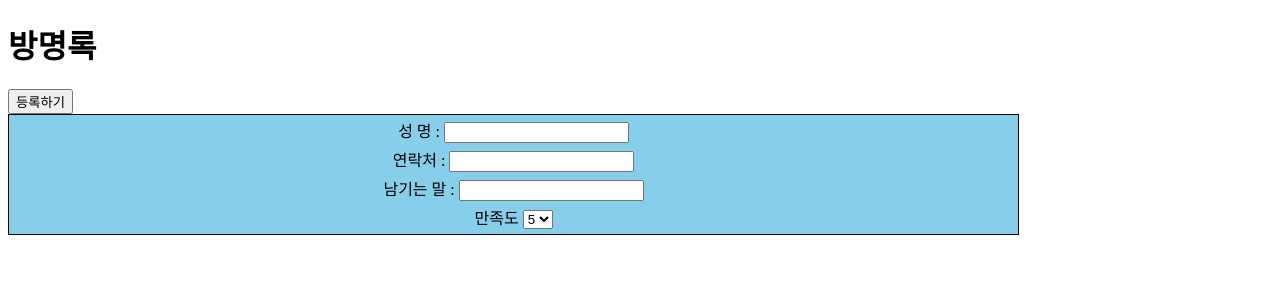
Repository: HyeongChank/P2VisitorCount
Page: http://localhost/P2VisitorCounter/Counter/Login.jsp
The author's editor kept a copy of each file at every save. The page is drawn from the files as they stood at one save, then again after the next save.
The browser window is 1280 px wide. The pictures show the whole page.
The page is served by Tomcat 9. The template is opened directly, without the code that normally fills it, so the values that code supplies are empty.

Above is the page before, as saved 2023-04-05 03:29:41.

After the next save:
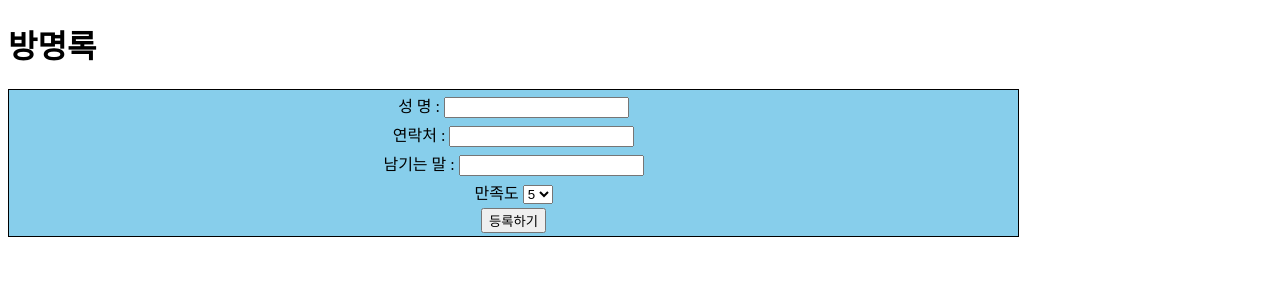
Saved 6 s later.
--- a/P2VisitorCounter/src/main/webapp/Counter/Login.jsp
+++ b/P2VisitorCounter/src/main/webapp/Counter/Login.jsp
@@ -35,7 +35,7 @@
 					<option value = "5">2</option>
 					<option value = "5">1</option>
 				</select></td></tr>
-			<tr><button type = "submit">등록하기</button></tr>
+			<tr><td><button type = "submit">등록하기</button></td></tr>
 		</table>
 	</form>
 
